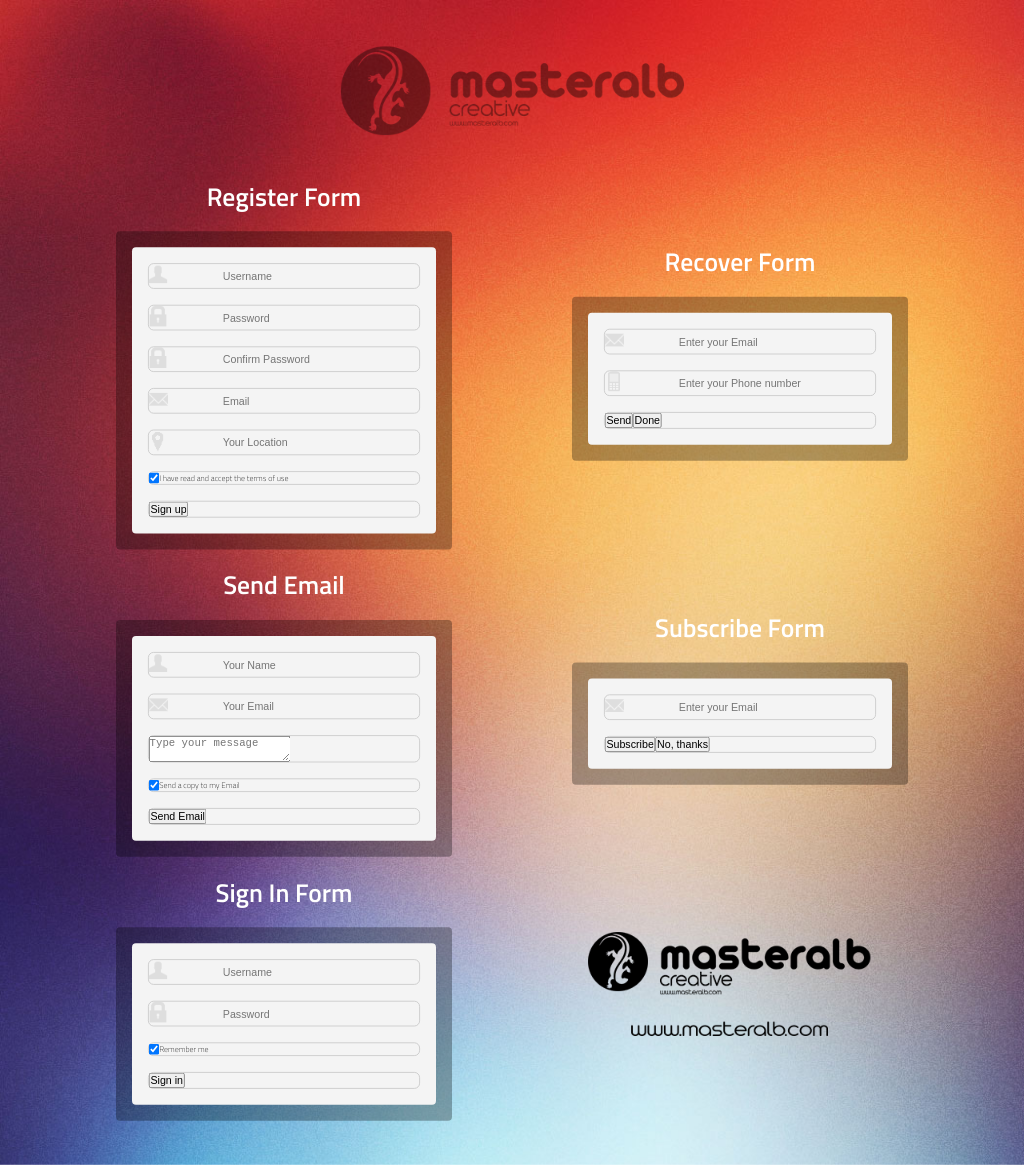
Repository: achwesiuk/PSD-Masteralb
Page: index.html
An editor plug-in stored every save of this project. The page is shown before and after the next save, followed by the edit.
The browser window is 1280 px wide. The pictures show the whole page, at 80% of full size.
Backgrounds fixed to the window are drawn as part of the page. The style sheet was rebuilt from its Sass, Less or Tailwind sources for each picture, by a compiler version that may differ from the author's.

Above is the page before, as saved 2021-03-14 13:13:32.

After the next save:
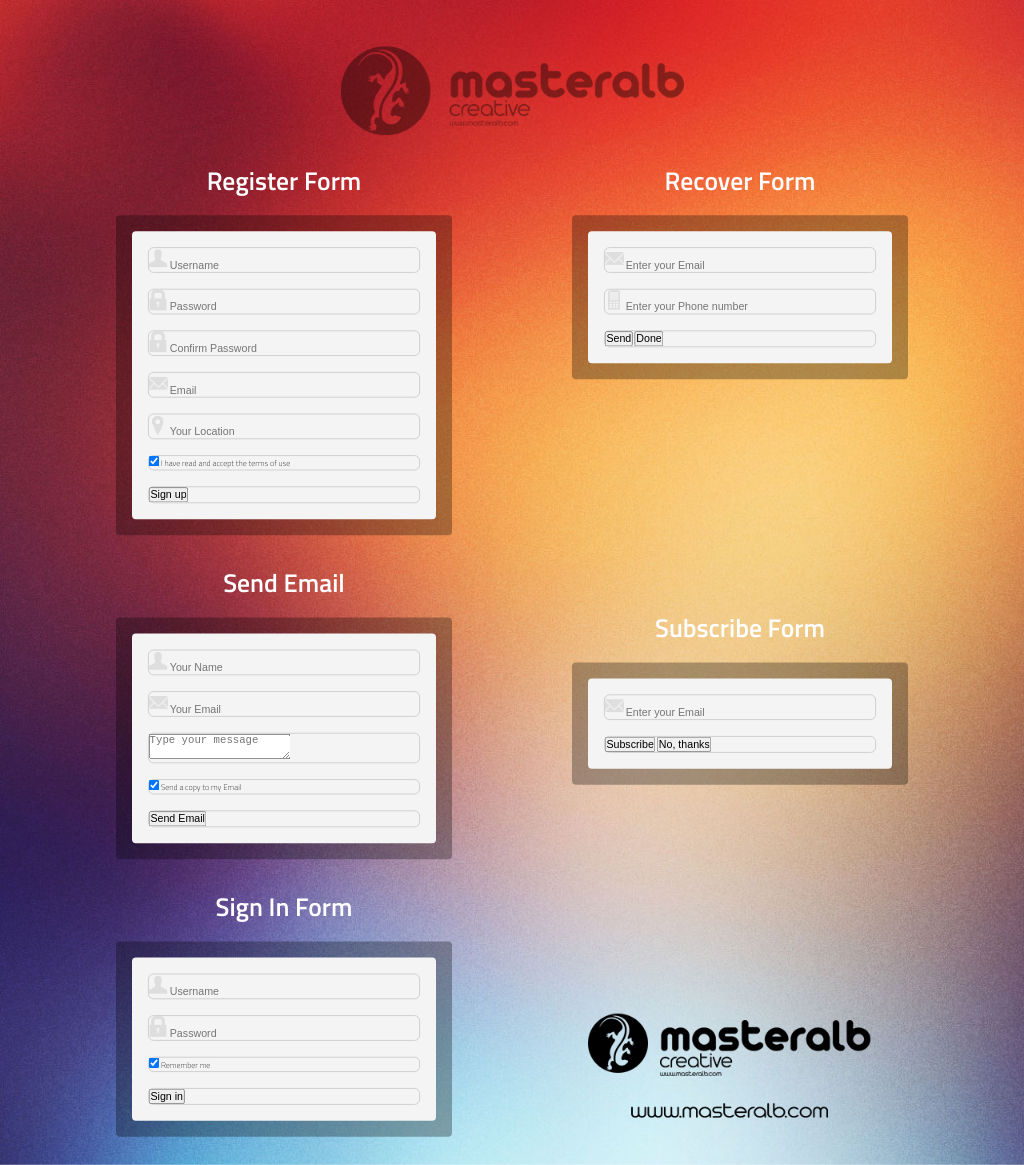
Saved 8 min 33 s later.
--- a/sass/main.scss
+++ b/sass/main.scss
@@ -51,7 +51,7 @@
     flex-direction: column;
     flex-wrap: wrap;
     align-content: space-between;
-    justify-content: space-around;
+    justify-content: space-between;
     height: 120rem;
 }
 
@@ -74,7 +74,7 @@
      padding: 2rem;
 
      &__group {
-         display: flex;
+         //display: flex;
          border: 1px solid var(--color-grey-3);
          border-radius: .7rem;
      }
